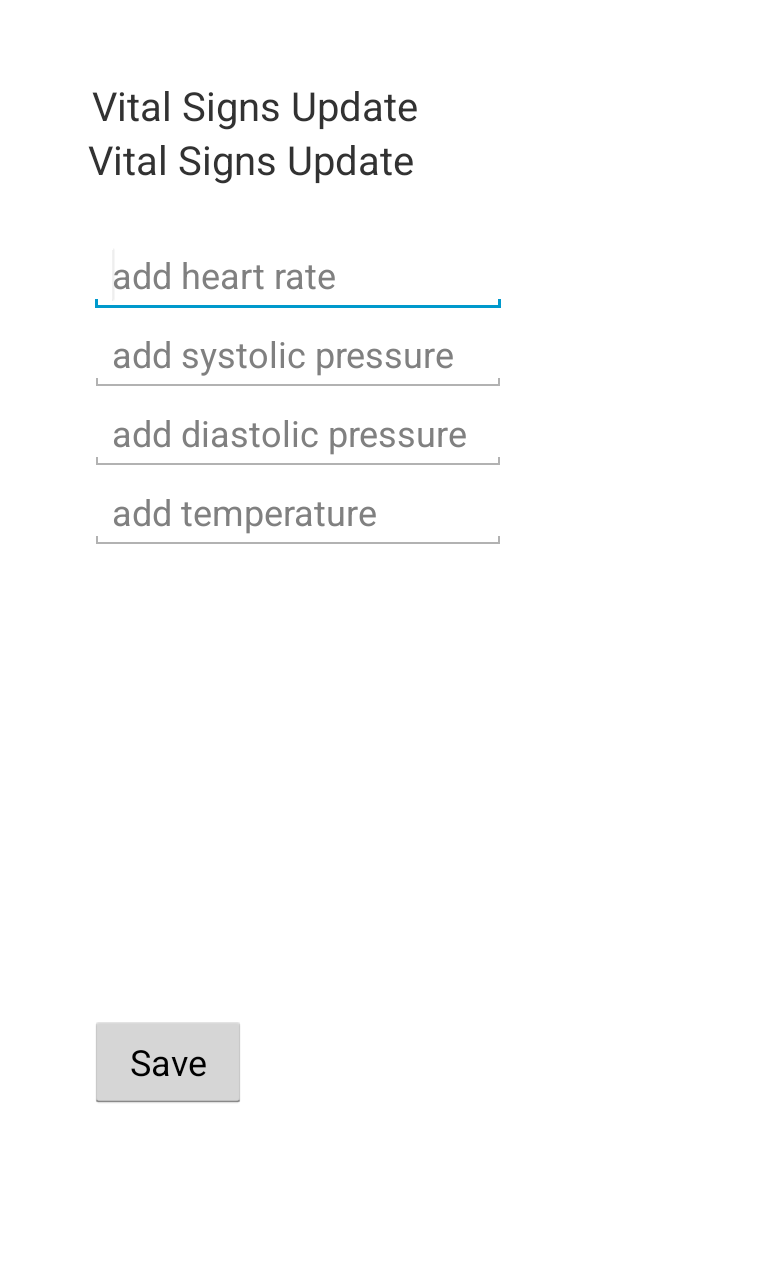
Repository: jackys-95/Aloha
Layout: app/Phase 2/res/layout/activity_vital_signs_update.xml
These files come from the project's save history. The layout is drawn as it stood at one moment and after the next save; the edit follows.
It is drawn on a 768 x 1280 px phone screen (xhdpi) without system bars, with theme AppTheme; the app's code is not run.

Above is the layout before, as saved 2014-11-05 03:53:08.

After the next save:
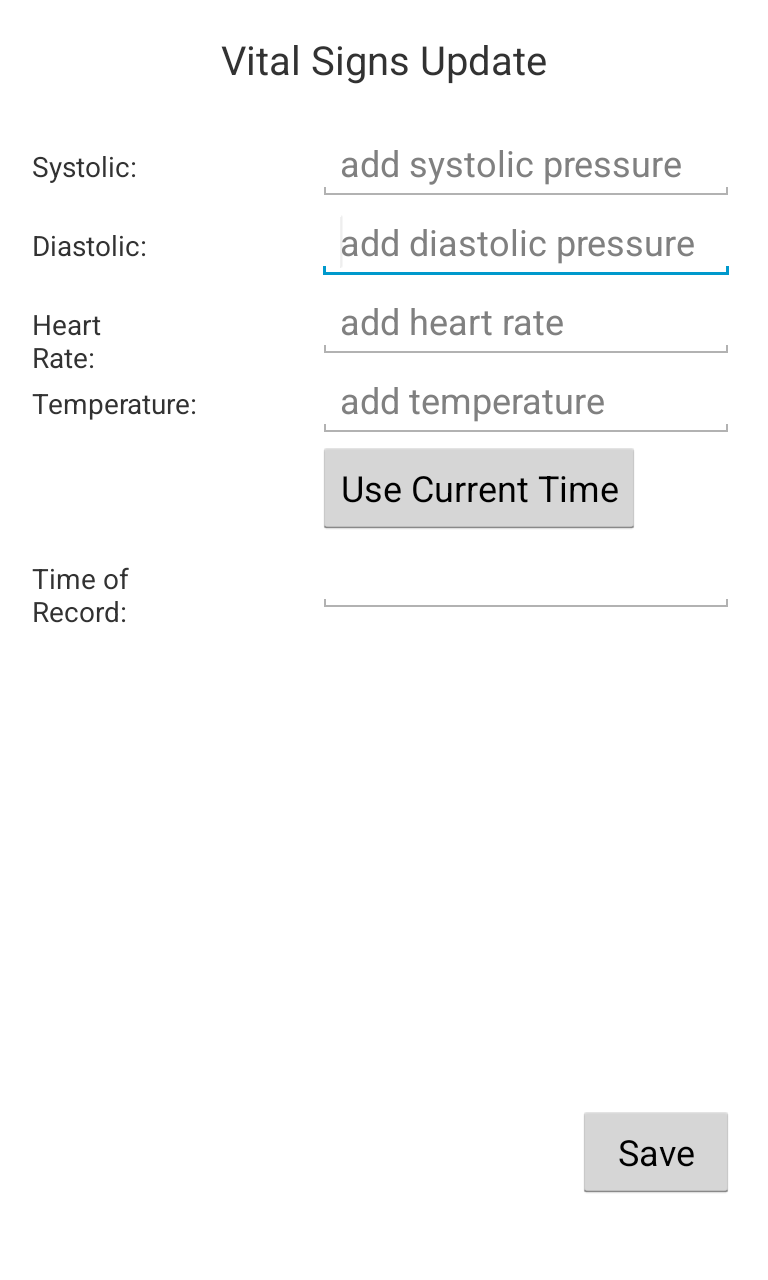
Saved 55 s later.
--- a/app/Phase 2/res/layout/activity_vital_signs_update.xml
+++ b/app/Phase 2/res/layout/activity_vital_signs_update.xml
@@ -8,82 +8,137 @@
     android:paddingTop="@dimen/activity_vertical_margin"
     tools:context="com.example.hospitalsystem.VitalSignsUpdate" >
 
-    <TextView
-        android:id="@+id/Date"
-        android:layout_width="wrap_content"
-        android:layout_height="wrap_content"
-        android:layout_alignParentLeft="true"
-        android:layout_alignParentTop="true"
-        android:layout_marginLeft="30dp"
-        android:layout_marginTop="23dp"
-        android:text="@string/VitalSignsUpdate"
-        android:textSize="20sp" />
-
     <Button
         android:id="@+id/save"
         android:layout_width="80dp"
         android:layout_height="wrap_content"
-        android:layout_alignLeft="@+id/editText4"
         android:layout_alignParentBottom="true"
-        android:layout_marginBottom="69dp"
-        android:text="@string/Save" />
+        android:layout_alignParentRight="true"
+        android:layout_marginBottom="24dp"
+        android:text="@string/Save"
+        android:onClick="updateVitalSigns" />
 
     <EditText
-        android:id="@+id/editText4"
+        android:id="@+id/temperature"
         android:layout_width="wrap_content"
         android:layout_height="wrap_content"
-        android:layout_alignParentLeft="true"
+        android:layout_alignLeft="@+id/heartRate"
+        android:layout_below="@+id/heartRate"
+        android:ems="10"
+        android:hint="@string/addTemperature"
+        android:inputType="numberDecimal" />
+
+    <EditText
+        android:id="@+id/sysPressure"
+        android:layout_width="wrap_content"
+        android:layout_height="wrap_content"
+        android:layout_alignRight="@+id/save"
         android:layout_below="@+id/Date"
-        android:layout_marginLeft="28dp"
-        android:layout_marginTop="52dp"
+        android:layout_marginTop="19dp"
         android:ems="10"
-        android:hint="@string/addHeartRate"
+        android:hint="@string/addSystolicPressure"
+        android:inputType="number" />
+
+    <EditText
+        android:id="@+id/diaPressure"
+        android:layout_width="wrap_content"
+        android:layout_height="wrap_content"
+        android:layout_alignLeft="@+id/sysPressure"
+        android:layout_below="@+id/sysPressure"
+        android:ems="10"
+        android:hint="@string/addDiastolicPressure"
         android:inputType="number" >
 
         <requestFocus />
     </EditText>
 
     <EditText
-        android:id="@+id/editText2"
+        android:id="@+id/heartRate"
         android:layout_width="wrap_content"
         android:layout_height="wrap_content"
-        android:layout_alignParentLeft="true"
-        android:layout_below="@+id/editText4"
-        android:layout_marginLeft="28dp"
+        android:layout_alignParentRight="true"
+        android:layout_below="@+id/diaPressure"
         android:ems="10"
-        android:hint="@string/addSystolicPressure"
+        android:hint="@string/addHeartRate"
         android:inputType="number" />
 
-    <EditText
-        android:id="@+id/editText3"
+    <Button
+        android:id="@+id/currentTime"
         android:layout_width="wrap_content"
         android:layout_height="wrap_content"
-        android:layout_alignParentLeft="true"
-        android:layout_below="@+id/editText2"
-        android:layout_marginLeft="28dp"
-        android:ems="10"
-        android:hint="@string/addDiastolicPressure"
-        android:inputType="number" />
+        android:layout_alignLeft="@+id/temperature"
+        android:layout_below="@+id/temperature"
+        android:text="@string/currentT" />
 
-    <EditText
-        android:id="@+id/editText1"
+    <TextView
+        android:id="@+id/textView1"
         android:layout_width="wrap_content"
         android:layout_height="wrap_content"
+        android:layout_alignBaseline="@+id/sysPressure"
+        android:layout_alignBottom="@+id/sysPressure"
         android:layout_alignParentLeft="true"
-        android:layout_below="@+id/editText3"
-        android:layout_marginLeft="28dp"
-        android:ems="10"
-        android:hint="@string/addTemperature"
-        android:inputType="number" />
+        android:text="Systolic:" />
 
     <TextView
-        android:id="@+id/CurrentTime"
+        android:id="@+id/textView2"
         android:layout_width="wrap_content"
         android:layout_height="wrap_content"
-        android:layout_alignLeft="@+id/editText4"
-        android:layout_below="@+id/Date"
+        android:layout_alignBaseline="@+id/diaPressure"
+        android:layout_alignBottom="@+id/diaPressure"
+        android:layout_alignParentLeft="true"
+        android:text="Diastolic:" />
+
+    <TextView
+        android:id="@+id/textView3"
+        android:layout_width="wrap_content"
+        android:layout_height="wrap_content"
+        android:layout_alignBaseline="@+id/heartRate"
+        android:layout_alignBottom="@+id/heartRate"
+        android:layout_alignRight="@+id/textView2"
+        android:text="Heart Rate:" />
+
+    <TextView
+        android:id="@+id/textView4"
+        android:layout_width="wrap_content"
+        android:layout_height="wrap_content"
+        android:layout_alignBaseline="@+id/temperature"
+        android:layout_alignBottom="@+id/temperature"
+        android:layout_alignLeft="@+id/textView3"
+        android:text="Temperature:" />
+
+    <TextView
+        android:id="@+id/textView5"
+        android:layout_width="wrap_content"
+        android:layout_height="wrap_content"
+        android:layout_alignBaseline="@+id/vitalSignsTime"
+        android:layout_alignBottom="@+id/vitalSignsTime"
+        android:layout_alignRight="@+id/textView4"
+        android:text="Time of Record:" />
+
+    <TextView
+        android:id="@+id/Date"
+        android:layout_width="wrap_content"
+        android:layout_height="wrap_content"
+        android:layout_alignParentTop="true"
+        android:layout_centerHorizontal="true"
         android:text="@string/VitalSignsUpdate"
         android:textSize="20sp" />
 
+    <EditText
+        android:id="@+id/vitalSignsTime"
+        android:layout_width="wrap_content"
+        android:layout_height="wrap_content"
+        android:layout_alignLeft="@+id/currentTime"
+        android:layout_below="@+id/currentTime"
+        android:ems="10"
+        android:singleLine="true" />
+
+    <TextView
+        android:id="@+id/successInfo"
+        android:layout_width="wrap_content"
+        android:layout_height="wrap_content"
+        android:layout_alignLeft="@+id/textView5"
+        android:layout_below="@+id/textView5"
+        android:maxLines="1" />
 
 </RelativeLayout>
